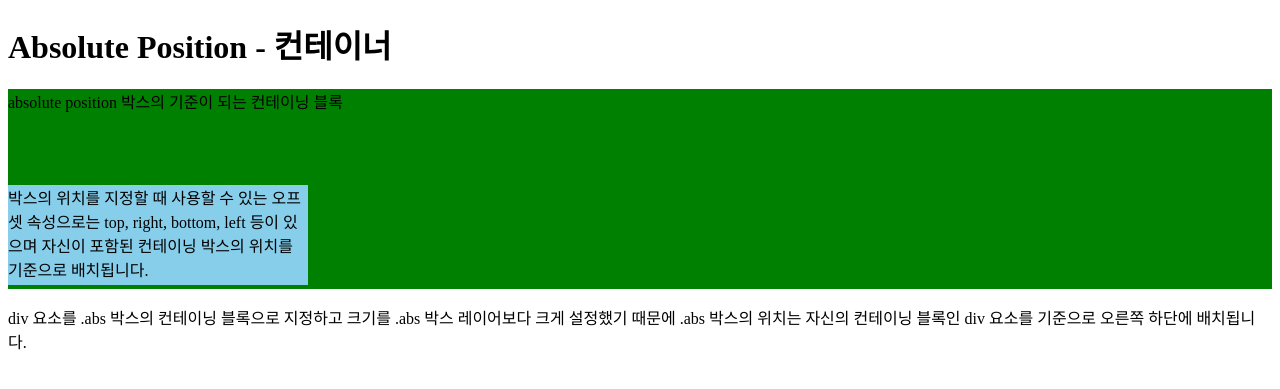
Repository: gus-123/Edu_KCC_HTML
Page: CSS/WebContent/css_exam06.html
An editor plug-in stored every save of this project. The page is shown before and after the next save, followed by the edit.
The browser window is 1280 px wide. The pictures show the whole page.

Above is the page before, as saved 2024-07-09 05:37:27.

After the next save:
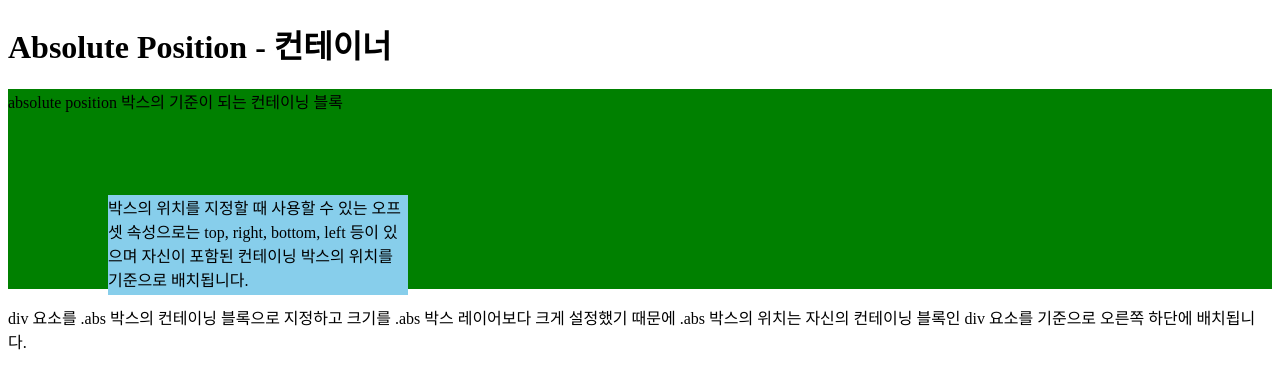
Saved 20 s later.
--- a/CSS/WebContent/css_exam06.html
+++ b/CSS/WebContent/css_exam06.html
@@ -16,7 +16,8 @@ p.abs {
 	height: 100px;
 	position: absolute;
 	background-color: skyblue;
-	top: 80px;
+	top: 90px;
+	left: 100px;
 }
 </style>
 </head>
